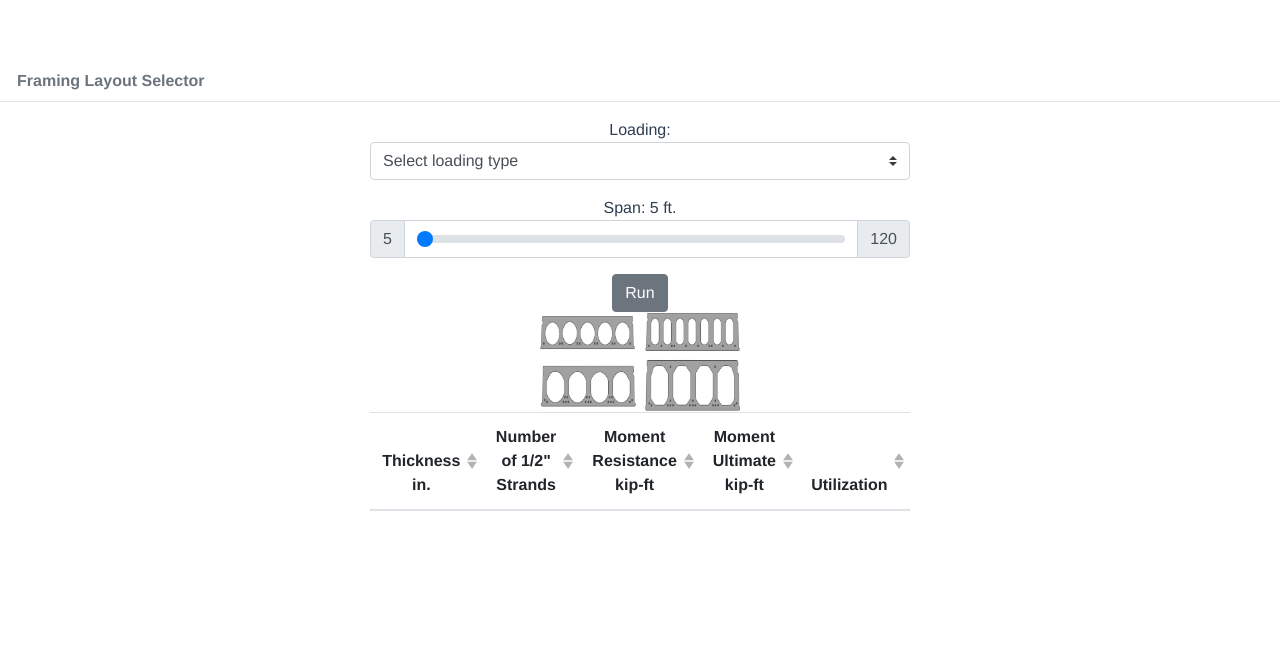
Repository: kanwarjohal/framingconceptclient
Page: /
These files come from the project's save history. The page is drawn as it stood at one moment and after the next save; the edit follows.
The browser window is 1280 px wide. The pictures show the whole page.
The page's requests for data from a server got no answer. The project was rebuilt for these pictures with package versions that can differ from the ones it lists, and the page was loaded fresh each time. No one was signed in, and anything a server would have sent is missing.

Above is the page before, as saved 2020-04-10 18:35:08.

### src/main.js
import Vue from 'vue'
import App from './App.vue'
import { BootstrapVue} from 'bootstrap-vue'
import 'bootstrap/dist/css/bootstrap.css'
import 'bootstrap-vue/dist/bootstrap-vue.css'
import axios from 'axios'
import VueAxios from 'vue-axios'

// Install BootstrapVue
Vue.use(BootstrapVue)
Vue.prototype.$http = axios

Vue.config.productionTip = false

new Vue({
  render: h => h(App),
}).$mount('#app')

### src/components/Header.vue
<template>
    <div>
        <b-nav tabs>
            <b-nav-item disabled><b>Framing Layout Selector</b></b-nav-item>
        </b-nav>
    </div>
</template>

### src/components/LoadingType.vue


<template>
<div>
    <!-- <div class="mt-3">Building Type:</div>
    <div>
    <b-form-select v-model="selected_building">
        <option value="Select building">Select building type.</option>
        <option :value="l.loading_type" v-for="l in firstliveload" :key="l.loading">{{l.loading_type}}</option>
    </b-form-select>
    </div> -->
    <div class="mt-3">Loading:</div>
    <div>
    <b-form-select v-model="selected_loading">
        <option value="Select loading">Select loading type</option>
        <option :value="[l.occupancy, l.use, l.uniformloadpsf]" v-for="l in firstliveload">{{l.occupancy +" "+ l.use +" : "+ l.uniformloadpsf}} psf </option>
    </b-form-select>
    </div>
    <div class="mt-3">Span: {{ input_span }} ft.</div>
    <!-- <div id="app">
        <input id="my-field" v-model="input_span">
    </div> -->
    <div>
        <b-input-group prepend="5" append="120">
        <b-form-input type="range" min="5" max="120" v-model="input_span"></b-form-input>
        </b-input-group>
    </div>
    <div class="mt-3">
        <b-button v-on:click="postPost">Run</b-button>
    </div>
    <div>
        <b-img center src="hollowcoresections.png" alt="Center image" width="200" height="100"></b-img>
    </div>
    <div>
    <b-table striped hover :items="hollowcoreitems" :fields="fields"></b-table>
    </div>
</div>
</template>


<script>
import axios from 'axios'
    export default {
        data(){
                return{selected_loading:"Select loading",
                selected_building:"Select building",
                input_span:"5", hollowcoreitems:[],
                fields: [
                    {
                    key: 'depth',
                    label: 'Thickness in.',
                    sortable: true
                    },
                    {
                    key: 'strands13mm',
                    label: 'Number of 1/2" Strands',
                    sortable: true
                    },
                    {
                    key: 'mr',
                    label: 'Moment Resistance kip-ft',
                    sortable: true,
                    },
                    {
                    key: 'mu',
                    label: 'Moment Ultimate kip-ft',
                    sortable: true
                    },
                    {
                    key: 'utilization',
                    label: 'Utilization',
                    sortable: true
                    },
                ],
                }
        },
        props: {
            firstliveload: Array
        },
        methods: {
            postPost: function() {
                axios({
                    method: 'post',
                    url: 'https://strukanwar.herokuapp.com/framingrequest',
                    data: { userinput: this.selected_loading,
                            span: this.input_span
                    }
                }).then((response) => {
                    console.log(response.data)
                    this.hollowcoreitems = response.data
                })
            }
        }
    }
</script>

//    .then((response) => {
//                 return response.json()
//             })
//             .then((jsonData) => {
//                 this.framingresponse = jsonData.framingresponse;
//             })

Loaded but not shown: public/index.html (common file); src/App.vue (common file)

After the next save:
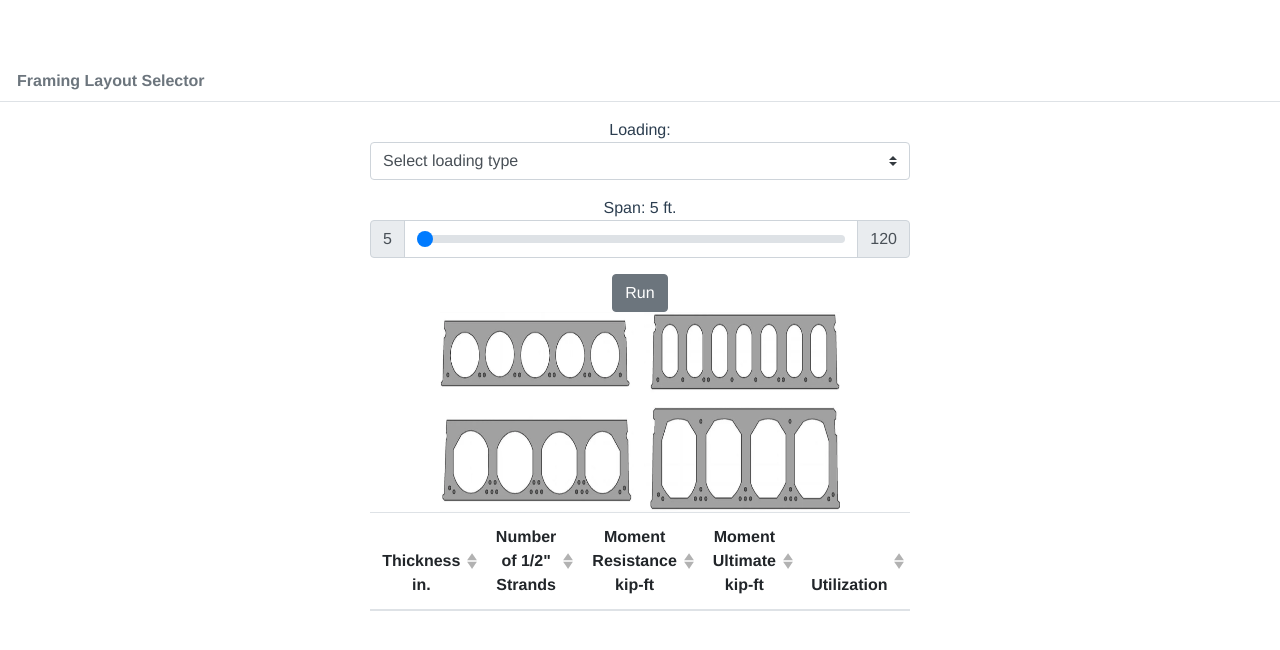
Saved 8 s later.
--- a/src/components/LoadingType.vue
+++ b/src/components/LoadingType.vue
@@ -29,7 +29,7 @@
         <b-button v-on:click="postPost">Run</b-button>
     </div>
     <div>
-        <b-img center src="hollowcoresections.png" alt="Center image" width="200" height="100"></b-img>
+        <b-img center src="hollowcoresections.png" alt="Center image" width="400" height="200"></b-img>
     </div>
     <div>
     <b-table striped hover :items="hollowcoreitems" :fields="fields"></b-table>
